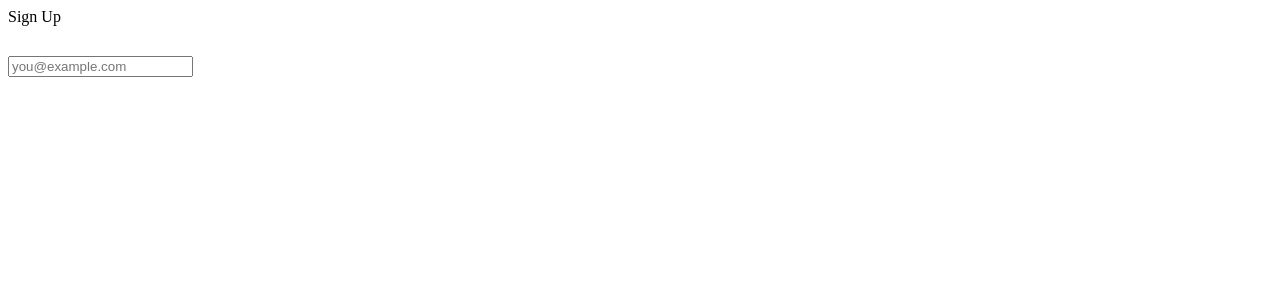
Repository: terameta/com.luckynode.cloud
Page: client/partials/authentication/signupModal.html
The author's editor kept a record of every edit. The page is drawn from the files as they stood at one moment, then again after the next edit.
The browser window is 1280 px wide. The pictures show the whole page.

Above is the page before.

### client/partials/authentication/signupModal.html
<div id="loginbox">
	<div class="panel panel-info" style="margin:0;padding:0">
		<div class="panel-heading">
			<div class="panel-title">Sign Up</div>
		</div>
		<div class="panel-body" style="padding-top:30px;">
			<div style="display:none" id="signup-alert" class="alert alert-danger col-sm-12"></div>
			<form id="signupform" class="form-horizontal" role="form" ng-submit="registerModalController.submit(_email, _password)">
				<div class="input-group" style="margin-bottom:25px;">
					<span class="input-group-addon"><i class="glyphicon glyphicon-user"></i></span>
					<input type="email" ng-model="_email" placeholder="you@example.com" class="form-control" />
				</div>
			</form>
		</div>
	</div>
</div>
<!--


				<div class="input-group" style="margin-bottom:25px;">
					<span class="input-group-addon"><i class="glyphicon glyphicon-lock"></i></span>
					<input type="password" ng-model="_passworda" placeholder="password again" class="form-control" />
				</div>
				<div style="margin-top:10px" class="form-group">
					<div class="col-sm-12 controls">
						<button type="submit" class="btn btn-success btn-sm">Sign Up</button>
						<a id="btn-login" href="#" class="btn btn-danger btn-sm">Cancel</a>
					</div>
				</div>
-->

<!--div id="loginbox" style="margin:0;padding:0">
		<div class="panel panel-info">
			<div class="panel-heading">
				<div class="panel-title">Sign In</div>
				<div style="float:right; font-size: 80%; position: relative; top:-10px"><a href="#">Forgot password?</a>
				</div>
			</div>
			<div style="padding-top:30px" class="panel-body">

				<div style="display:none" id="login-alert" class="alert alert-danger col-sm-12"></div>

				<form id="loginform" class="form-horizontal" role="form">


					<div style="margin-top:10px" class="form-group">

						<div class="col-sm-12 controls">
							<a id="btn-login" href="#" class="btn btn-success">Login  </a>
							<a id="btn-fblogin" href="#" class="btn btn-primary">Login with Facebook</a>

						</div>
					</div>


					<div class="form-group">
						<div class="col-md-12 control">
							<div style="border-top: 1px solid#888; padding-top:15px; font-size:85%">
								Don't have an account!
								<a href="#" onClick="$('#loginbox').hide(); $('#signupbox').show()">
                                            Sign Up Here
                                        </a>
							</div>
						</div>
					</div>
				</form>
			</div>

		</div>
	</div-->
<!--div id="signupbox" style="display:none;">
		<div class="panel panel-info">
			<div class="panel-heading">
				<div class="panel-title">Sign Up</div>
				<div style="float:right; font-size: 85%; position: relative; top:-10px"><a id="signinlink" href="#" onclick="$('#signupbox').hide(); $('#loginbox').show()">Sign In</a>
				</div>
			</div>
			<div class="panel-body">
				<form id="signupform" class="form-horizontal" role="form">
					<div id="signupalert" style="display:none" class="alert alert-danger">
						<p>Error:</p>
						<span></span>
					</div>
					<div class="form-group">
						<label for="email" class="col-md-3 control-label">Email</label>
						<div class="col-md-9">
							<input type="text" class="form-control" name="email" placeholder="Email Address">
						</div>
					</div>

					<div class="form-group">
						<label for="firstname" class="col-md-3 control-label">First Name</label>
						<div class="col-md-9">
							<input type="text" class="form-control" name="firstname" placeholder="First Name">
						</div>
					</div>
					<div class="form-group">
						<label for="lastname" class="col-md-3 control-label">Last Name</label>
						<div class="col-md-9">
							<input type="text" class="form-control" name="lastname" placeholder="Last Name">
						</div>
					</div>
					<div class="form-group">
						<label for="password" class="col-md-3 control-label">Password</label>
						<div class="col-md-9">
							<input type="password" class="form-control" name="passwd" placeholder="Password">
						</div>
					</div>
					<div class="form-group">
						<label for="icode" class="col-md-3 control-label">Invitation Code</label>
						<div class="col-md-9">
							<input type="text" class="form-control" name="icode" placeholder="">
						</div>
					</div>
					<div class="form-group">
						<div class="col-md-offset-3 col-md-9">
							<button id="btn-signup" type="button" class="btn btn-info"><i class="icon-hand-right"></i> &nbsp Sign Up</button>
							<span style="margin-left:8px;">or</span>
						</div>
					</div>
					<div style="border-top: 1px solid #999; padding-top:20px" class="form-group">
						<div class="col-md-offset-3 col-md-9">
							<button id="btn-fbsignup" type="button" class="btn btn-primary"><i class="icon-facebook"></i>   Sign Up with Facebook</button>
						</div>
					</div>
				</form>
			</div>
		</div>
	</div-->

After the next edit:
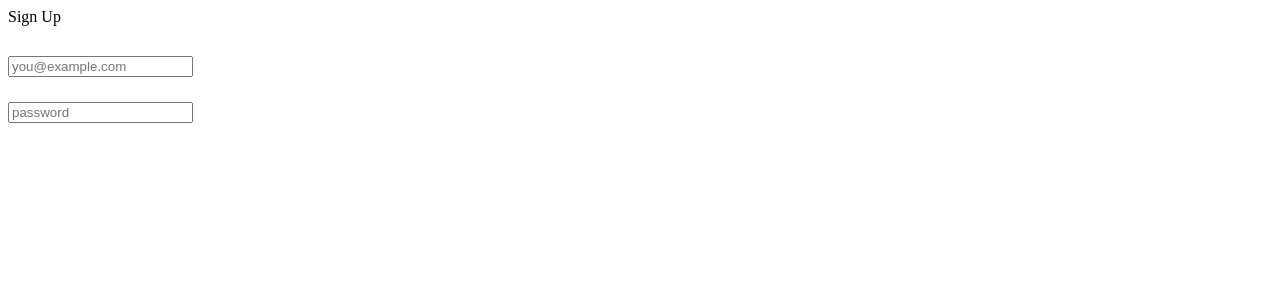
The edit:
--- a/client/partials/authentication/signupModal.html
+++ b/client/partials/authentication/signupModal.html
@@ -9,6 +9,10 @@
 				<div class="input-group" style="margin-bottom:25px;">
 					<span class="input-group-addon"><i class="glyphicon glyphicon-user"></i></span>
 					<input type="email" ng-model="_email" placeholder="you@example.com" class="form-control" />
+				</div>
+				<div class="input-group" style="margin-bottom:25px;">
+					<span class="input-group-addon"><i class="glyphicon glyphicon-lock"></i></span>
+					<input type="password" ng-model="_password" placeholder="password" class="form-control" />
 				</div>
 			</form>
 		</div>
